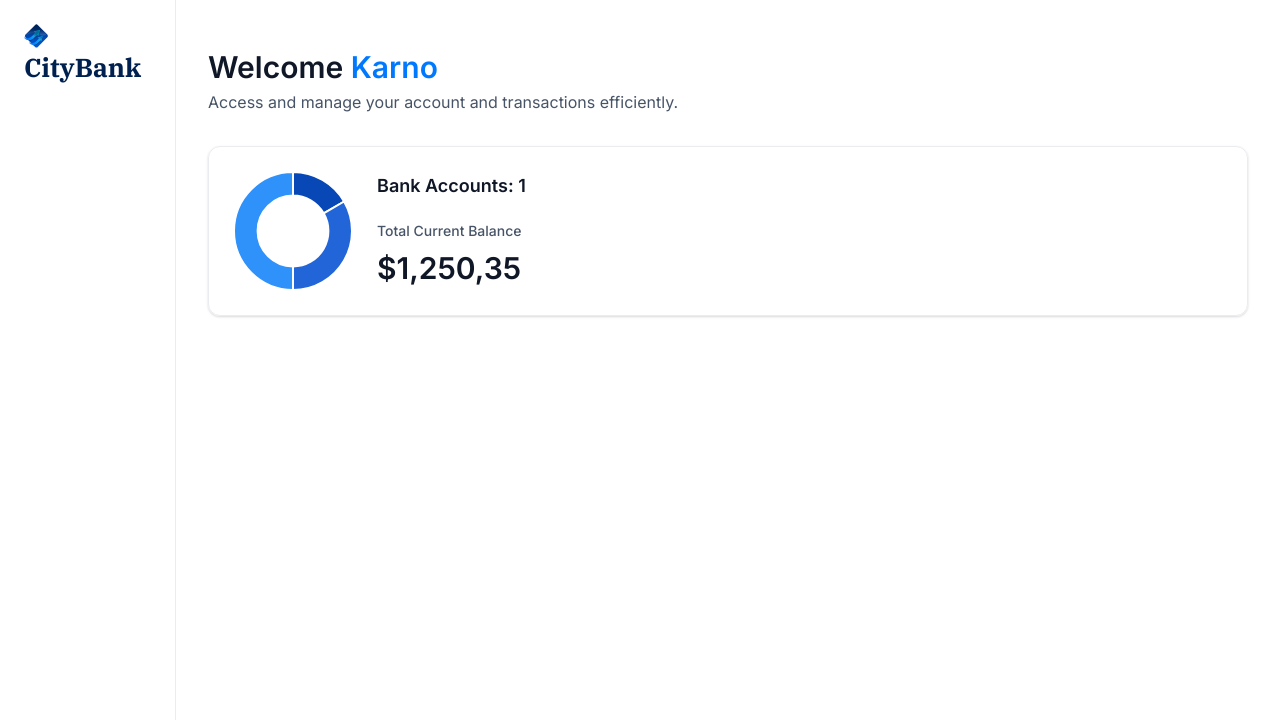
Repository: KarnoSarker/Banking
Page: /
These files come from the project's save history. The page is drawn as it stood at one moment and after the next save; the edit follows.
The browser window is 1280 px wide. The pictures show the whole page.
The project was rebuilt for these pictures with package versions that can differ from the ones it lists, and the page was loaded fresh each time. The framework's server and built-in components were replaced by stand-ins that run in the browser. Also part of the build but not shown: next.config.mjs.

Above is the page before, as saved 2024-05-14 20:48:04.

### app/layout.tsx
import type { Metadata } from 'next';
import { Inter, IBM_Plex_Serif } from 'next/font/google';
import './globals.css';

const inter = Inter({ subsets: ['latin'], variable: '--font-inter' });
const ibmPlexSerif = IBM_Plex_Serif({
  subsets: ['latin'],
  weight: ['400', '700'],
  variable: '--font-ibm-plex-serif',
});

export const metadata: Metadata = {
  title: 'CityBank',
  description: 'CityBank for everyone',
  icons: {
    icon: '/icons/logo.svg',
  },
};

export default function RootLayout({
  children,
}: Readonly<{
  children: React.ReactNode;
}>) {
  return (
    <html lang='en'>
      <body className={`${inter.variable} ${ibmPlexSerif.variable}`}>
        {children}
      </body>
    </html>
  );
}

### app/(root)/layout.tsx
import Sidebar from '@/components/Sidebar';

export default function RootLayout({
  children,
}: Readonly<{
  children: React.ReactNode;
}>) {
  const loggedIn = { firstName: 'Karno', lastName: 'Sarker' };
  return (
    <main className='flex h-screen w-full font-inter'>
      <Sidebar user={loggedIn} />
      {children}
    </main>
  );
}

### app/(root)/page.tsx
import HeaderBox from '@/components/HeaderBox';
import TotalBalanceBox from '@/components/TotalBalanceBox';
import React from 'react';

const Home = () => {
  const loggedIn = { firstName: 'Karno' };
  return (
    <section className='home'>
      <div className='home-content'>
        <header className='home-header'>
          <HeaderBox
            type='greeting'
            title='Welcome'
            user={loggedIn?.firstName || 'Guest'}
            subtext='Access and manage your account and transactions efficiently.'
          />
        </header>
        <TotalBalanceBox
          accounts={[]}
          totalBanks={1}
          totalCurrentBalance={1250.35}
        />
      </div>
    </section>
  );
};

export default Home;

### components/Sidebar.tsx
import { sidebarLinks } from '@/constants';
import Image from 'next/image';
import Link from 'next/link';

const Sidebar = ({ user }: SiderbarProps) => {
  return (
    <section className='sidebar'>
      <nav className='flex flex-col gap-4'>
        <Link href='/' className='mb-12 cursor-pointer items-center gap-2'>
          <Image
            src='/icons/logo.svg'
            width={34}
            height={34}
            alt='CityBank logo'
            className='size-[24px] max-xl:size-14'
          />
          <h1 className='sidebar-logo'>CityBank</h1>
        </Link>
        {sidebarLinks.map((item) => {
          return (
            <Link href={item.route} key={item.label}>
              {item.label}
            </Link>
          );
        })}
      </nav>
    </section>
  );
};

export default Sidebar;

### components/HeaderBox.tsx
import React from 'react';

const HeaderBox = ({
  type = 'title',
  title,
  subtext,
  user,
}: HeaderBoxProps) => {
  return (
    <div className='header-box'>
      <h1 className='header-box-title'>
        {title}
        {type === 'greeting' && (
          <span className='text-bankGradient'>&nbsp;{user}</span>
        )}
      </h1>
      <p className='header-box-subtext'>{subtext}</p>
    </div>
  );
};

export default HeaderBox;

### components/TotalBalanceBox.tsx
import React from 'react';
import AnimatedCounter from './AnimatedCounter';
import DoughnutChart from './ui/DoughnutChart';

const TotalBalanceBox = ({
  accounts = [],
  totalBanks,
  totalCurrentBalance,
}: TotlaBalanceBoxProps) => {
  return (
    <section className='total-balance'>
      <div className='total-balance-chart'>
        <DoughnutChart accounts={accounts} />
      </div>
      <div className='flex flex-col gap-6'>
        <h2 className='header-2'>Bank Accounts: {totalBanks}</h2>
        <div className='flex flex-col gap-2'>
          <p className='total-balance-label'>Total Current Balance</p>
          <div className='total-balance-amount flex-center gap-2'>
            <AnimatedCounter amount={totalCurrentBalance} />
          </div>
        </div>
      </div>
    </section>
  );
};

export default TotalBalanceBox;

### components/AnimatedCounter.tsx
'use client';
import CountUp from 'react-countup';

const AnimatedCounter = ({ amount }: { amount: number }) => {
  return (
    <div className='w-full'>
      <CountUp
        duration={2.75}
        decimals={2}
        decimal=','
        prefix='$'
        end={amount}
      />
    </div>
  );
};

export default AnimatedCounter;

### components/ui/DoughnutChart.tsx
'use client';

import { Chart as ChartJS, ArcElement, Tooltip, Legend } from 'chart.js';
import { Doughnut } from 'react-chartjs-2';

ChartJS.register(ArcElement, Tooltip, Legend);

const DoughnutChart = ({ accounts }: DoughnutChartProps) => {
  const data = {
    datasets: [
      {
        label: 'Banks',
        data: [1250, 2500, 3750],
        backgroundColor: ['#0747b6', '#2265d8', '#2f91fa'],
      },
    ],
    labels: ['Bank 1', 'Bank 2', 'Bank 3'],
  };
  return (
    <Doughnut
      data={data}
      options={{
        cutout: '60%',
        plugins: {
          legend: {
            display: false,
          },
        },
      }}
    />
  );
};

export default DoughnutChart;

Loaded but not shown: app/globals.css (common file); constants/index.ts (common file); tailwind.config.ts (common file); lib/utils.ts (common file)

After the next save:
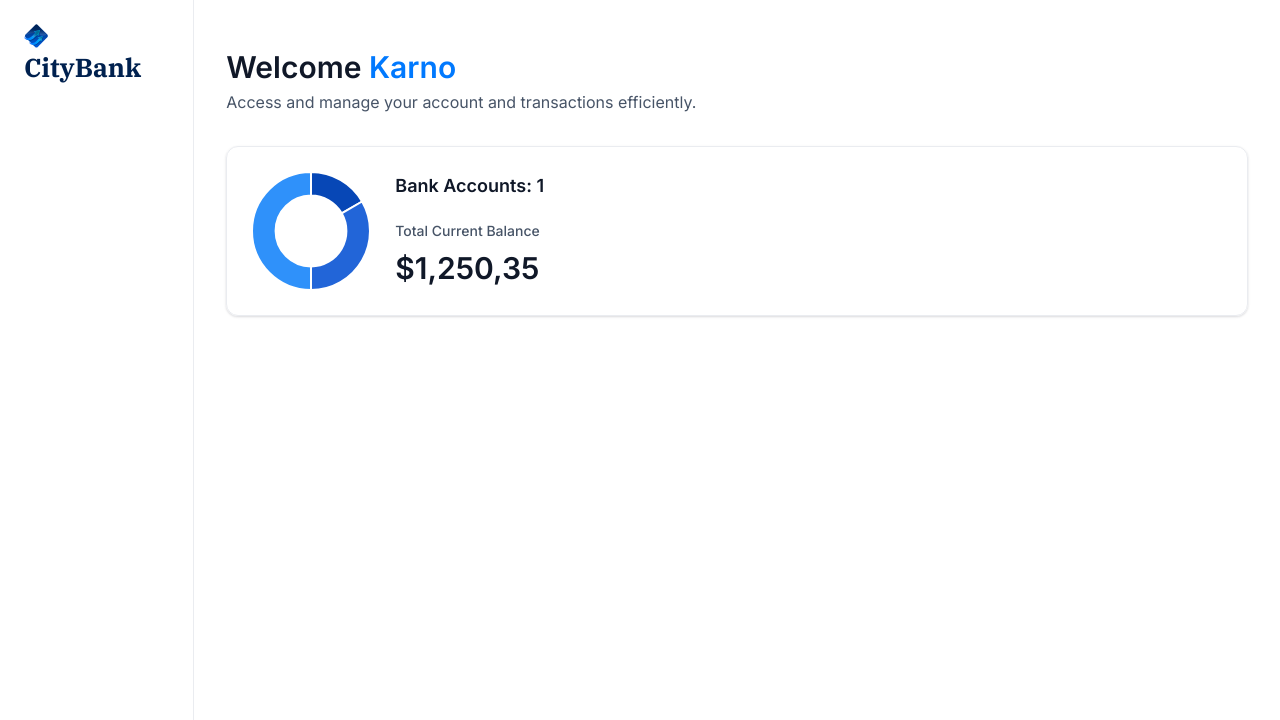
Saved 10 min 40 s later.
--- a/components/Sidebar.tsx
+++ b/components/Sidebar.tsx
@@ -1,4 +1,5 @@
 import { sidebarLinks } from '@/constants';
+import { cn } from '@/lib/utils';
 import Image from 'next/image';
 import Link from 'next/link';
 
@@ -18,7 +19,11 @@ const Sidebar = ({ user }: SiderbarProps) => {
         </Link>
         {sidebarLinks.map((item) => {
           return (
-            <Link href={item.route} key={item.label}>
+            <Link
+              href={item.route}
+              key={item.label}
+              className={cn('sidebar-link')}
+            >
               {item.label}
             </Link>
           );
